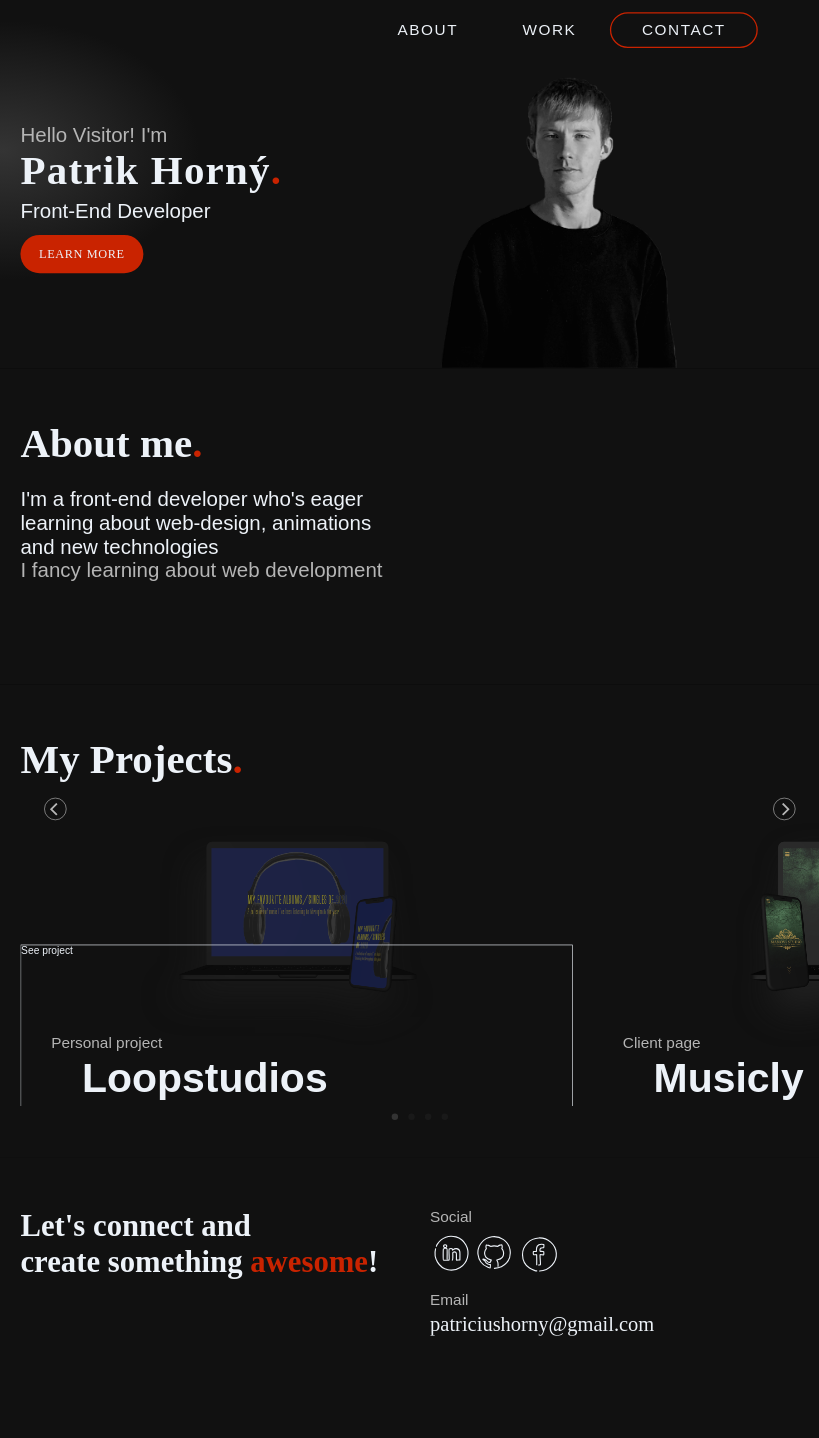
Repository: Spreceriany/portfolio
Page: index.html
An editor plug-in stored every save of this project. The page is shown before and after the next save, followed by the edit.
The browser window is 1280 px wide. The pictures show the whole page, at 64% of full size.
The pointer rests on the first visible `.block`.
Some web fonts or font styles are not loaded; a fallback is used. The style sheet was rebuilt from its Sass, Less or Tailwind sources for each picture, by a compiler version that may differ from the author's.

Above is the page before, as saved 2021-03-11 12:02:06.

After the next save:
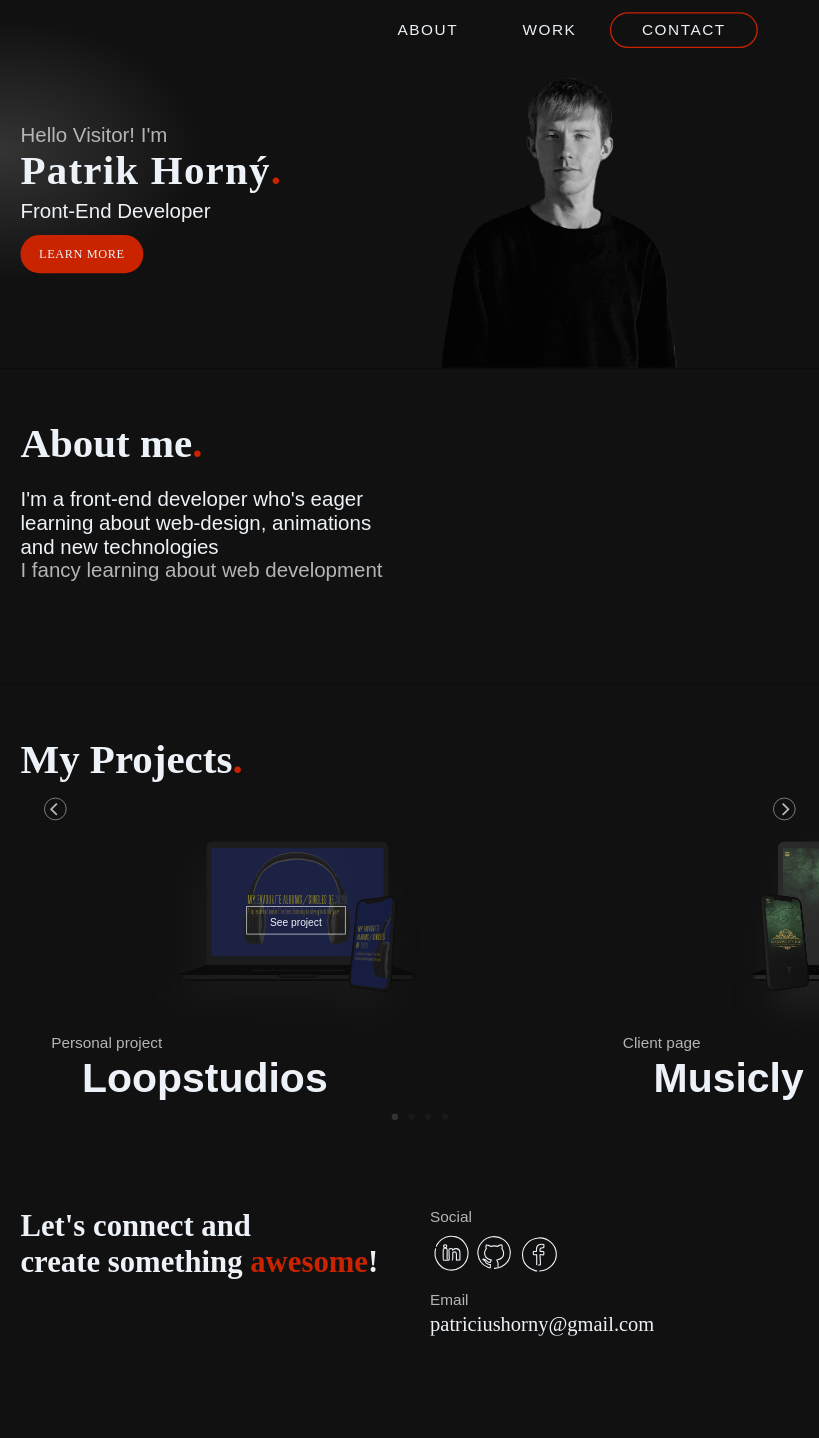
Saved 2 min 16 s later.
--- a/css/style.scss
+++ b/css/style.scss
@@ -522,11 +522,14 @@ main {
 .block:hover::before{
   content: 'See project';
   position: absolute;
-  width: 100%;
-  height: 100%;
-  top: 50%;
-  color: $white-ish;
-  border: 1px solid $white-ish;
-  left:0;
+  width: 14%;
+  height: 2%;
+  top: 38%;
+  color: #edf2f8;
+  border: 1px solid #edf2f8;
+  left: 0;
   z-index: 10;
-}
+  padding: 1em;
+  text-align: center;
+  left: 41%;
+}
